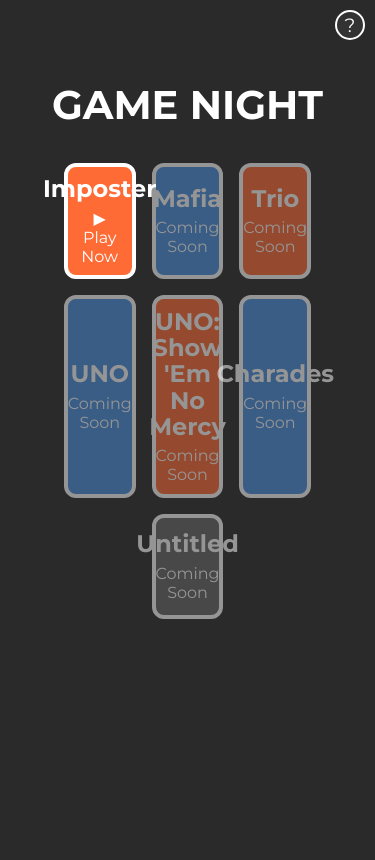
Repository: nfemmanuel/game-night-app
Page: /
An editor plug-in stored every save of this project. The page is shown before and after the next save, followed by the edit.
The browser window is 375 px wide. The pictures show the whole page.
The project was rebuilt for these pictures with package versions that can differ from the ones it lists, and the page was loaded fresh each time. Also part of the build but not shown: src/components/BackButton.jsx, src/pages/ImposterSetup.jsx, src/data/wordList.js, src/pages/ImposterReveal.jsx, src/pages/ImposterVoting.jsx.

Above is the page before, as saved 2026-01-03 10:55:17.

### public/index.html
<!DOCTYPE html>
<html lang="en">

<head>
  <meta charset="utf-8" />
  <link rel="icon" href="%PUBLIC_URL%/favicon.ico" />
  <link rel="preconnect" href="https://fonts.googleapis.com">
  <link rel="preconnect" href="https://fonts.gstatic.com" crossorigin>
  <link href="https://fonts.googleapis.com/css2?family=Montserrat:wght@400;600;700&display=swap" rel="stylesheet">
  <meta name="viewport" content="width=device-width, initial-scale=1, maximum-scale=1, user-scalable=no" />
  <meta name="theme-color" content="#000000" />
  <meta name="description" content="Web site created using create-react-app" />
  <link rel="apple-touch-icon" href="%PUBLIC_URL%/logo192.png" />
  <!--
      manifest.json provides metadata used when your web app is installed on a
      user's mobile device or desktop. See https://developers.google.com/web/fundamentals/web-app-manifest/
    -->
  <link rel="manifest" href="%PUBLIC_URL%/manifest.json" />
  <!--
      Notice the use of %PUBLIC_URL% in the tags above.
      It will be replaced with the URL of the `public` folder during the build.
      Only files inside the `public` folder can be referenced from the HTML.

      Unlike "/favicon.ico" or "favicon.ico", "%PUBLIC_URL%/favicon.ico" will
      work correctly both with client-side routing and a non-root public URL.
      Learn how to configure a non-root public URL by running `npm run build`.
    -->
  <title>NF's Game Night</title>
</head>

<body>
  <noscript>You need to enable JavaScript to run this app.</noscript>
  <div id="root"></div>
  <!--
      This HTML file is a template.
      If you open it directly in the browser, you will see an empty page.

      You can add webfonts, meta tags, or analytics to this file.
      The build step will place the bundled scripts into the <body> tag.

      To begin the development, run `npm start` or `yarn start`.
      To create a production bundle, use `npm run build` or `yarn build`.
    -->
</body>

</html>

### src/index.js
import React from 'react';
import ReactDOM from 'react-dom/client';
import './index.css';
import App from './App';
import reportWebVitals from './reportWebVitals';
import * as serviceWorkerRegistration from './serviceWorkerRegistration';

const root = ReactDOM.createRoot(document.getElementById('root'));
root.render(
  <React.StrictMode>
    <App />
  </React.StrictMode>
);

// If you want to start measuring performance in your app, pass a function
// to log results (for example: reportWebVitals(console.log))
// or send to an analytics endpoint. Learn more: https://bit.ly/CRA-vitals
reportWebVitals();

serviceWorkerRegistration.register();

### src/App.js
import { BrowserRouter, Routes, Route } from 'react-router-dom';
import './styles/global.css';
import LandingPage from './pages/LandingPage';
import ImposterSetup from './pages/ImposterSetup';
import ImposterReveal from './pages/ImposterReveal';
import ImposterVoting from './pages/ImposterVoting';

function App() {
  return (
    <BrowserRouter>
      <Routes>
        <Route path="/" element={<LandingPage />} />
        <Route path="/imposter-setup" element={<ImposterSetup />} />
        <Route path="/imposter-reveal" element={<ImposterReveal />} />
        <Route path="/imposter-voting" element={<ImposterVoting />} />
      </Routes>
    </BrowserRouter>
  );
}

export default App;

### src/serviceWorkerRegistration.js
export function register() {
    if ('serviceWorker' in navigator) {
        window.addEventListener('load', () => {
            navigator.serviceWorker.register('/service-worker.js').then(
                (registration) => {
                    console.log('SW registered: ', registration);
                },
                (error) => {
                    console.log('SW registration failed: ', error);
                }
            );
        });
    }
}

### src/styles/global.css
* {
    margin: 0;
    padding: 0;
    box-sizing: border-box;
}

body {
    font-family: 'Montserrat', 'Helvetica Neue', 'Arial', sans-serif;
    background-color: rgb(42, 42, 42);
    color: white;
    overflow: hidden;
}

button {
    cursor: pointer;
    border: none;
    border-radius: 5px;
    font-family: inherit;
    font-size: 1rem;
    padding: 10px 20px;
}

/* Prevent scrolling under fixed buttons */
body {
    padding-top: 70px;
}

/* Page title positioning */
.page-title {
    margin-top: 0;
    margin-bottom: 30px;
}

/* Mobile adjustments */
@media (max-width: 768px) {

    /* Page titles */
    .page-title {
        font-size: 2rem !important;
        margin-bottom: 20px;
    }

    /* General headings */
    h1 {
        font-size: 3rem !important;
    }

    h2 {
        font-size: 1.5rem !important;
    }

    h3 {
        font-size: 1.2rem !important;
    }

    p {
        font-size: 1rem !important;
    }

    /* Input fields */
    input[type="text"] {
        width: 100% !important;
        max-width: 300px !important;
        font-size: 1rem !important;
        padding: 12px !important;
        margin-right: 0 !important;
        margin-bottom: 10px !important;
    }

    /* Buttons */
    button {
        font-size: 1rem !important;
        padding: 12px 24px !important;
    }

    /* Smaller back/help buttons */
    .back-button {
        padding: 8px 12px !important;
        font-size: 1rem !important;
        top: 10px !important;
        left: 10px !important;
    }

    .help-button-container {
        top: 10px !important;
        right: 10px !important;
    }

    .help-button {
        width: 30px !important;
        height: 30px !important;
        font-size: 1.2rem !important;
    }

    /* Reveal card */
    .reveal-card {
        width: 280px !important;
        height: 400px !important;
    }

    .reveal-card h2 {
        font-size: 2rem !important;
    }

    /* Reduce padding on mobile */
    body {
        padding-top: 60px;
    }
}

@media (max-width: 480px) {
    .page-title {
        font-size: 1.5rem !important;
    }

    h1 {
        font-size: 2.5rem !important;
    }

    input[type="text"] {
        font-size: 0.9rem !important;
        padding: 10px !important;
    }

    button {
        font-size: 0.9rem !important;
        padding: 10px 20px !important;
    }

    .reveal-card {
        width: 240px !important;
        height: 340px !important;
    }

    .reveal-card h2 {
        font-size: 1.8rem !important;
    }
}

/* Landing page can scroll on mobile */
.landing-page {
    overflow-y: auto !important;
    height: 100vh;
}

### src/pages/LandingPage.jsx
import { useNavigate } from 'react-router-dom';
import GameCard from '../components/GameCard';
import HelpButton from '../components/HelpButton';

function LandingPage() {
    const navigate = useNavigate();

    const handleClick = (gameName, route) => {
        if (route) {
            navigate(route);
        }
    };

    return (
        <div className="landing-page" style={{ padding: '20px', textAlign: 'center' }}>
            <HelpButton />
            <h1>GAME NIGHT</h1>

            <div style={{
                display: 'flex',
                gap: '8px',
                justifyContent: 'center',
                marginTop: '30px',
                flexWrap: 'wrap',
                padding: '0 8px',
                width: '100%',
                boxSizing: 'border-box',
                overflowX: 'auto',
            }}>
                <GameCard
                    name="Imposter"
                    available={true}
                    color="orange"
                    onClick={() => handleClick("Imposter", "/imposter-setup")}
                />
                <GameCard
                    name="Mafia"
                    available={false}
                    color="blue"
                    onClick={() => handleClick("Mafia", "/mafia-setup")}
                />
                <GameCard
                    name="Trio"
                    available={false}
                    color="orange"
                    onClick={() => handleClick("Trio", "/trio-setup")}
                />
                <GameCard
                    name="UNO"
                    available={false}
                    color="blue"
                    onClick={() => handleClick("UNO", "/uno-setup")}
                />
                <GameCard
                    name="UNO: Show 'Em No Mercy"
                    available={false}
                    color="orange"
                    onClick={() => handleClick("UNO-NM", "/uno-nm-setup")}
                />
                <GameCard
                    name="Charades"
                    available={false}
                    color="blue"
                    onClick={() => handleClick("Charades", "/charades-setup")}
                />
                <GameCard
                    name="Untitled"
                    available={false}
                    onClick={() => { }}
                />
            </div>
        </div>
    );
}

export default LandingPage;

### src/components/GameCard.jsx
import styles from './GameCard.module.css';

function GameCard({ name, available, onClick, color }) {  // Add color here
    // Combine card + available/disabled classes + color
    const cardClasses = `${styles.card} ${available ? styles.available : styles.disabled} ${color ? styles[color] : ''}`;

    return (
        <div
            className={cardClasses}
            onClick={available ? onClick : null}
        >
            <h2 class="card-name">{name}</h2>
            <p class="card-ava">{available ? '▶ Play Now' : 'Coming Soon'}</p>
        </div>
    );
}

export default GameCard;

### src/components/HelpButton.jsx
import { useState } from 'react';

function HelpButton() {
    const [showHelp, setShowHelp] = useState(false);

    return (
        <div
            className="help-button-container"
            style={{
                position: 'fixed',
                top: '20px',
                right: '20px',
                zIndex: 1000
            }}
            onMouseEnter={() => setShowHelp(true)}
            onMouseLeave={() => setShowHelp(false)}
        >
            <div
                className="help-button"
                style={{
                    width: '40px',
                    height: '40px',
                    borderRadius: '50%',
                    border: '2px solid white',
                    color: 'white',
                    fontSize: '1.5rem',
                    display: 'flex',
                    alignItems: 'center',
                    justifyContent: 'center',
                    cursor: 'pointer',
                    backgroundColor: '#333'
                }}
            >
                ?
            </div>

            {showHelp && (
                <div
                    style={{
                        position: 'absolute',
                        top: '50px',
                        right: '0',
                        backgroundColor: '#222',
                        border: '2px solid white',
                        borderRadius: '10px',
                        padding: '20px',
                        width: '300px',
                        maxWidth: '90vw',
                        textAlign: 'left',
                        fontSize: '0.9rem',
                        lineHeight: '1.5'
                    }}
                >
                    <h3 style={{ marginTop: 0, marginBottom: '10px', fontSize: '1.1rem' }}>
                        How to Play Imposter
                    </h3>
                    <ol style={{ paddingLeft: '20px', margin: 0 }}>
                        <li>Add 3+ player names</li>
                        <li>One random player is secretly the imposter</li>
                        <li>Everyone else sees the same secret word</li>
                        <li>Pass the phone around - each player holds the card to see their word</li>
                        <li>The imposter sees "You're the imposter. Shh!"</li>
                        <li>After everyone has seen their card, discuss and guess who the imposter is</li>
                        <li>Vote for the imposter or skip to reveal</li>
                    </ol>
                </div>
            )}
        </div>
    );
}

export default HelpButton;

### src/components/GameCard.module.css
.card {
    width: 225px;
    aspect-ratio: 225 / 330;
    padding: 30px;
    margin: 10px;
    border-radius: 20px;
    border: 10px solid white;
    text-align: center;
    transition: all 0.3s ease;
    display: flex;
    flex-direction: column;
    justify-content: center;
    align-items: center;
}

.card h2 {
    font-size: 1.8rem;
    margin: 0;
}

.card p {
    font-size: 1.1rem;
    margin: 10px 0 0 0;
}

.available {
    color: white;
    cursor: pointer;
}

.available:hover {
    transform: scale(1.05);
}

.disabled {
    background-color: #666;
    color: white;
    cursor: not-allowed;
    opacity: 0.5;
}

.orange {
    background-color: #FF6B35;
}

.orange:hover {
    box-shadow: 0 0 20px rgba(255, 107, 53, 0.6);
}

.blue {
    background-color: #4A90E2;
}

.blue:hover {
    box-shadow: 0 0 20px rgba(74, 144, 226, 0.6);
}

/* Mobile: 3 cards per row with locked aspect ratio */
@media (max-width: 768px) {
    .card {
        width: calc(33.333% - 10px);
        aspect-ratio: 225 / 330;
        padding: 3vw;
        margin: 5px;
        border-width: 5px;
        border-radius: 12px;
    }

    .card h2 {
        font-size: 0.75rem;
        /* Fixed small size */
        margin-bottom: 5px;
        line-height: 1.2;
    }

    .card p {
        font-size: 0.6rem;
        /* Fixed small size */
        margin-top: 5px;
    }
}

@media (max-width: 480px) {
    .card {
        width: calc(25% - 8px);
        aspect-ratio: 225 / 330;
        padding: 2.5vw;
        margin: 4px;
        border-width: 4px;
    }

    .card h2 {
        font-size: 0.65rem;
        /* Even smaller */
        margin-bottom: 3px;
        line-height: 1.1;
    }

    .card p {
        font-size: 0.55rem;
        /* Even smaller */
        margin-top: 3px;
    }
}

Loaded but not shown: src/index.css (common file); src/reportWebVitals.js (common file)

After the next save:
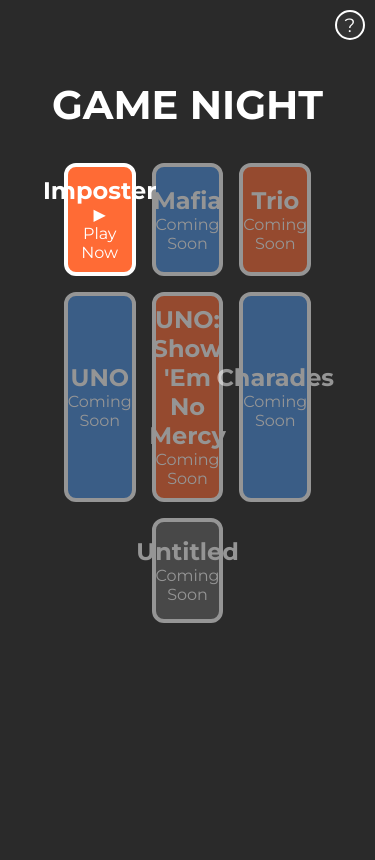
Saved 98 s later.
--- a/src/components/GameCard.module.css
+++ b/src/components/GameCard.module.css
@@ -13,12 +13,12 @@
     align-items: center;
 }
 
-.card h2 {
+.card-name {
     font-size: 1.8rem;
     margin: 0;
 }
 
-.card p {
+.card-available {
     font-size: 1.1rem;
     margin: 10px 0 0 0;
 }
@@ -66,14 +66,14 @@
         border-radius: 12px;
     }
 
-    .card h2 {
+    .card-name {
         font-size: 0.75rem;
         /* Fixed small size */
         margin-bottom: 5px;
         line-height: 1.2;
     }
 
-    .card p {
+    .card-available {
         font-size: 0.6rem;
         /* Fixed small size */
         margin-top: 5px;
@@ -89,14 +89,14 @@
         border-width: 4px;
     }
 
-    .card h2 {
+    .card-name {
         font-size: 0.65rem;
         /* Even smaller */
         margin-bottom: 3px;
         line-height: 1.1;
     }
 
-    .card p {
+    .card-available {
         font-size: 0.55rem;
         /* Even smaller */
         margin-top: 3px;
